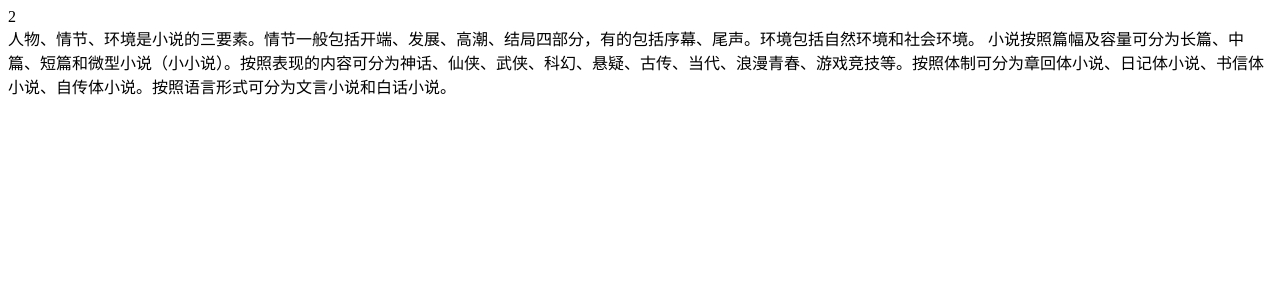
Repository: ScarApocalypse/study
Page: 一些想法/test.html
The author's editor kept a copy of each file at every save. The page is drawn from the files as they stood at one save, then again after the next save.
The browser window is 1280 px wide. The pictures show the whole page.

Above is the page before, as saved 2019-08-01 23:33:19.

### 一些想法/test.html
<!DOCTYPE html>
<html lang="en">
<head>
    <meta charset="UTF-8">
    <meta name="viewport" content="width=device-width, initial-scale=1.0">
    <meta http-equiv="X-UA-Compatible" content="ie=edge">
    <title>Document</title>
</head>
<body>
    <script>

        var str="人物、情节、环境是小说的三要素。情节一般包括开端、发展、高潮、结局四部分，有的包括序幕、尾声。环境包括自然环境和社会环境。 小说按照篇幅及容量可分为长篇、中篇、短篇和微型小说（小小说）。按照表现的内容可分为神话、仙侠、武侠、科幻、悬疑、古传、当代、浪漫青春、游戏竞技等。按照体制可分为章回体小说、日记体小说、书信体小说、自传体小说。按照语言形式可分为文言小说和白话小说。"

        // var length=str.length;
        // var strIndex=0;
        // var timeout=setInterval(() => {
        //     if(strIndex==length-1)
        //         clearInterval(timeOut);
        //     document.write(str[strIndex++]);
        // },100 );
        document.write('2');
        document.write('<br>');
        document.write(str);
    </script>
</body>
</html>

After the next save:
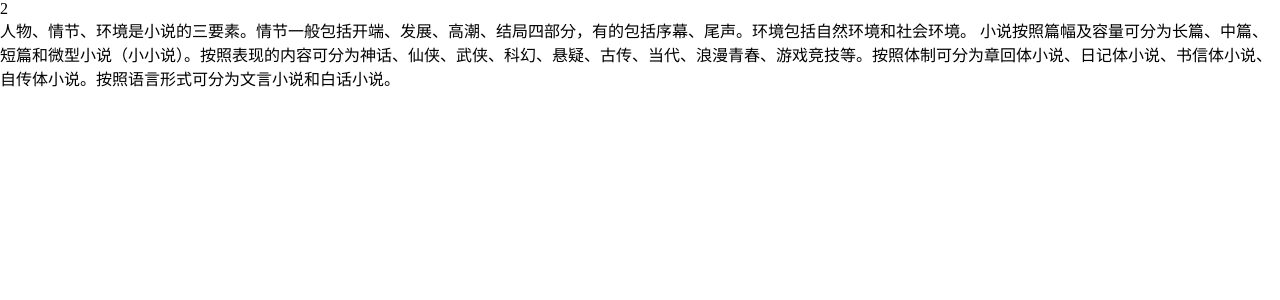
Saved 21 s later.
--- a/一些想法/test.html
+++ b/一些想法/test.html
@@ -5,6 +5,14 @@
     <meta name="viewport" content="width=device-width, initial-scale=1.0">
     <meta http-equiv="X-UA-Compatible" content="ie=edge">
     <title>Document</title>
+    <style>
+        *{
+            margin:0;
+        }
+
+
+
+    </style>
 </head>
 <body>
     <script>
